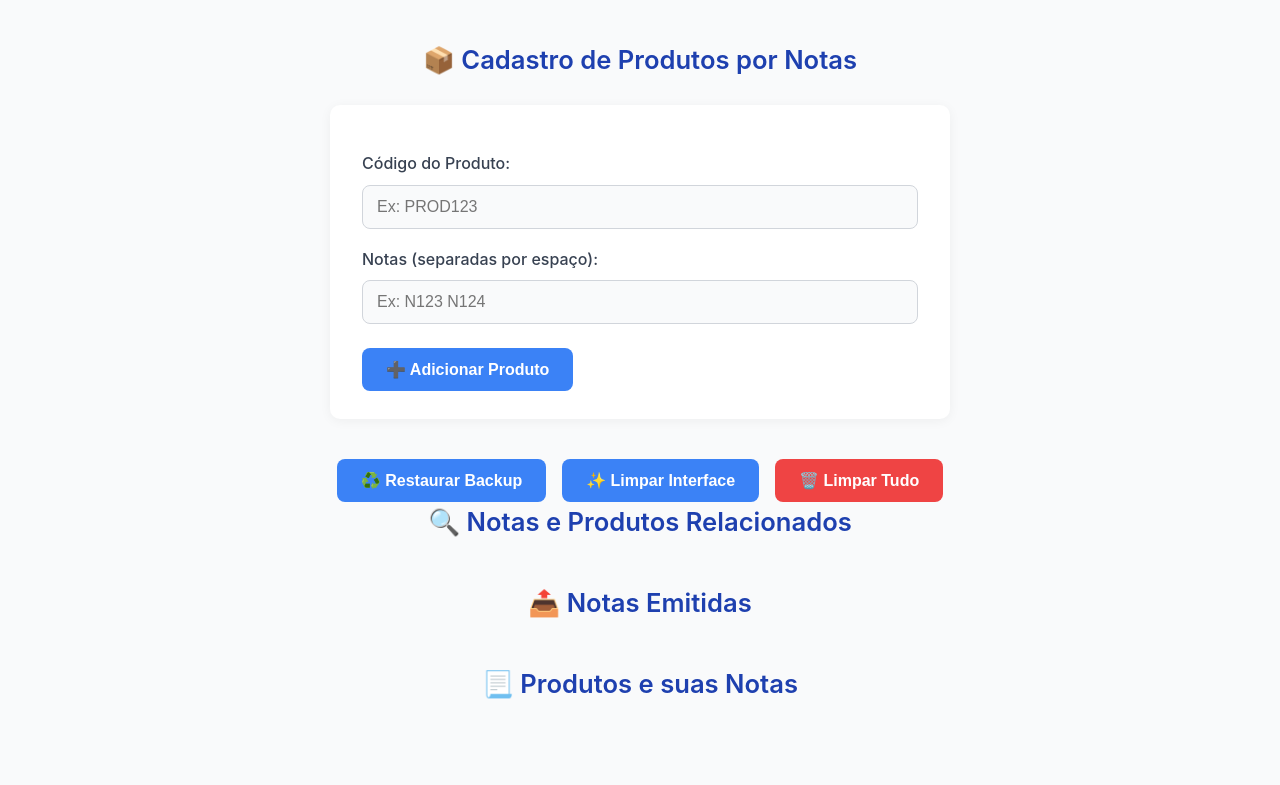
Repository: meiotera/cadastroNotasProdutos
Page: index.html
These files come from the project's save history. The page is drawn as it stood at one moment and after the next save; the edit follows.
The browser window is 1280 px wide. The pictures show the whole page.

Above is the page before, as saved 2025-06-11 17:59:46.

After the next save:
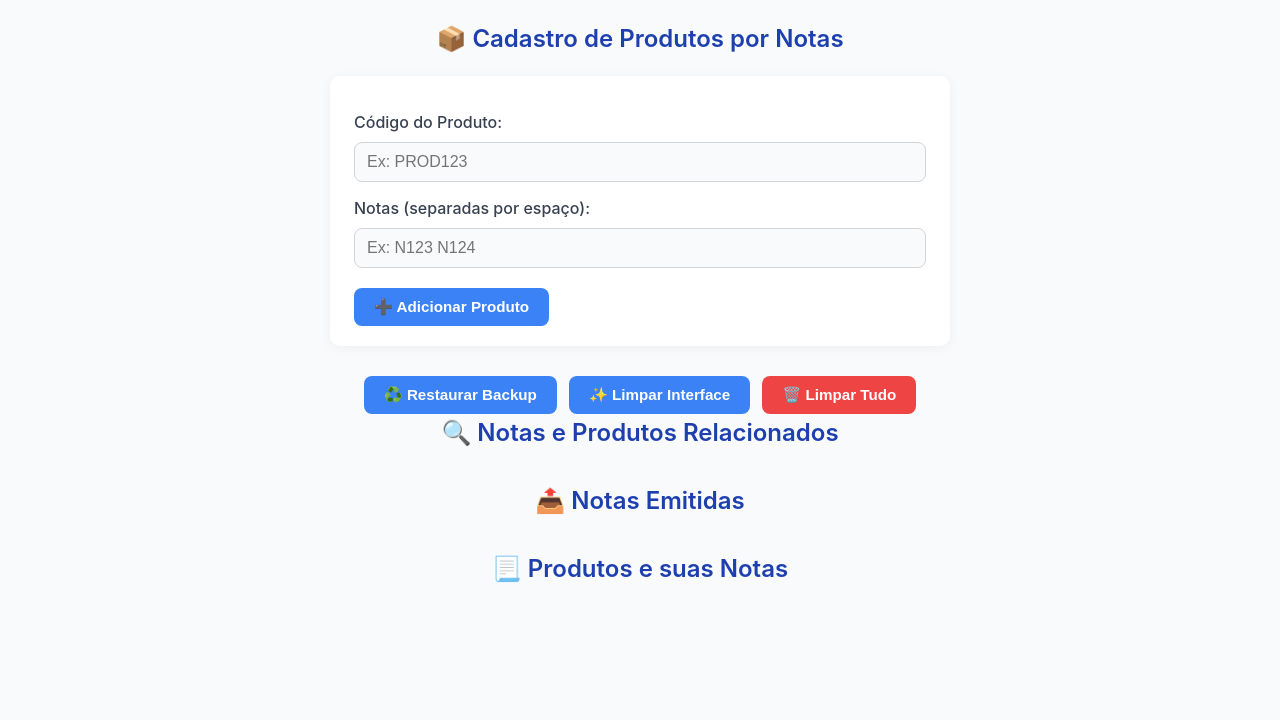
Saved 2 min 2 s later.
--- a/style.css
+++ b/style.css
@@ -9,7 +9,7 @@ body {
   font-family: 'Inter', sans-serif;
   background-color: #f9fafb;
   color: #1f2937;
-  padding: 40px 20px;
+  padding: 20px 15px; /* Reduzido padding do body */
   line-height: 1.6;
 }
 
@@ -17,8 +17,8 @@ body {
 h1,
 h2 {
   text-align: center;
-  margin-bottom: 24px;
-  font-size: 1.6rem;
+  margin-bottom: 18px; /* Reduzido margin-bottom */
+  font-size: 1.5rem; /* Reduzido font-size */
   color: #1e40af;
   font-weight: 600;
 }
@@ -26,23 +26,23 @@ h2 {
 /* Formulário */
 form {
   background: #ffffff;
-  padding: 28px 32px;
+  padding: 20px 24px; /* Reduzido padding */
   border-radius: 10px;
   max-width: 620px;
-  margin: 0 auto 40px auto;
+  margin: 0 auto 30px auto; /* Reduzido margin-bottom */
   box-shadow: 0 2px 12px rgba(0, 0, 0, 0.05);
 }
 
 label {
   display: block;
-  margin: 18px 0 8px;
+  margin: 14px 0 6px; /* Reduzido margin */
   font-weight: 500;
   color: #374151;
 }
 
 input {
   width: 100%;
-  padding: 12px 14px;
+  padding: 10px 12px; /* Reduzido padding */
   border-radius: 8px;
   border: 1.5px solid #d1d5db;
   background-color: #f9fafb;
@@ -59,13 +59,13 @@ input:focus {
 
 /* Botões */
 button {
-  margin-top: 24px;
-  padding: 12px 24px;
+  margin-top: 20px; /* Reduzido margin-top */
+  padding: 10px 20px; /* Reduzido padding */
   background-color: #3b82f6;
   color: white;
   border: none;
   border-radius: 8px;
-  font-size: 1rem;
+  font-size: 0.95rem; /* Levemente reduzido font-size */
   font-weight: 600;
   cursor: pointer;
   transition: background 0.2s ease;
@@ -75,7 +75,7 @@ button {
   display: flex;
   justify-content: center;
   align-items: center;
-  gap: 16px;
+  gap: 12px; /* Reduzido gap */
 }
 
 .botoes-secundarios button {
@@ -88,7 +88,7 @@ button:hover {
 
 .limpar-btn {
   background-color: #ef4444;
-  margin: 30px auto;
+  margin: 20px auto; /* Reduzido margin */
   display: block;
   max-width: 620px;
 }
@@ -102,22 +102,22 @@ button:hover {
 #notasProdutos,
 #notasEmitidas {
   max-width: 800px;
-  margin: 0 auto 40px;
+  margin: 0 auto 30px; /* Reduzido margin-bottom */
 }
 
 /* Lista de produtos */
 #listaProdutos > div {
   background: #ffffff;
-  padding: 20px 24px;
-  margin-bottom: 16px;
+  padding: 16px 20px; /* Reduzido padding */
+  margin-bottom: 12px; /* Reduzido margin-bottom */
   border-radius: 10px;
   box-shadow: 0 1px 8px rgba(0, 0, 0, 0.05);
 }
 
 #listaProdutos strong {
   display: block;
-  margin-bottom: 12px;
-  font-size: 1rem;
+  margin-bottom: 8px; /* Reduzido margin-bottom */
+  font-size: 0.95rem; /* Levemente reduzido font-size */
   color: #111827;
 }
 
@@ -125,9 +125,9 @@ button:hover {
 .tag,
 .produto-tag {
   display: inline-block;
-  padding: 6px 14px;
-  margin: 4px 6px 4px 0;
-  font-size: 0.875rem;
+  padding: 4px 10px; /* Reduzido padding */
+  margin: 3px 4px 3px 0; /* Reduzido margin */
+  font-size: 0.8rem; /* Reduzido font-size */
   font-weight: 600;
   border-radius: 999px;
   user-select: none;
@@ -151,8 +151,8 @@ button:hover {
 /* Cartão de nota fiscal */
 .card-nota {
   background: #ffffff;
-  padding: 24px 28px;
-  margin-bottom: 24px;
+  padding: 18px 22px; /* Reduzido padding */
+  margin-bottom: 18px; /* Reduzido margin-bottom */
   border-left: 6px solid #3b82f6;
   border-radius: 10px;
   box-shadow: 0 1px 10px rgba(0, 0, 0, 0.05);
@@ -160,8 +160,8 @@ button:hover {
 
 .card-nota strong {
   display: block;
-  margin-bottom: 12px;
-  font-size: 1.05rem;
+  margin-bottom: 8px; /* Reduzido margin-bottom */
+  font-size: 1rem; /* Levemente reduzido font-size */
   color: #111827;
 }
 
@@ -169,9 +169,9 @@ button:hover {
 .botao-copiar,
 .botao-emitir {
   margin-left: 8px;
-  padding: 6px 12px;
+  padding: 5px 10px; /* Reduzido padding */
   border-radius: 6px;
-  font-size: 0.85rem;
+  font-size: 0.8rem; /* Reduzido font-size */
   font-weight: 600;
   border: none;
   cursor: pointer;
